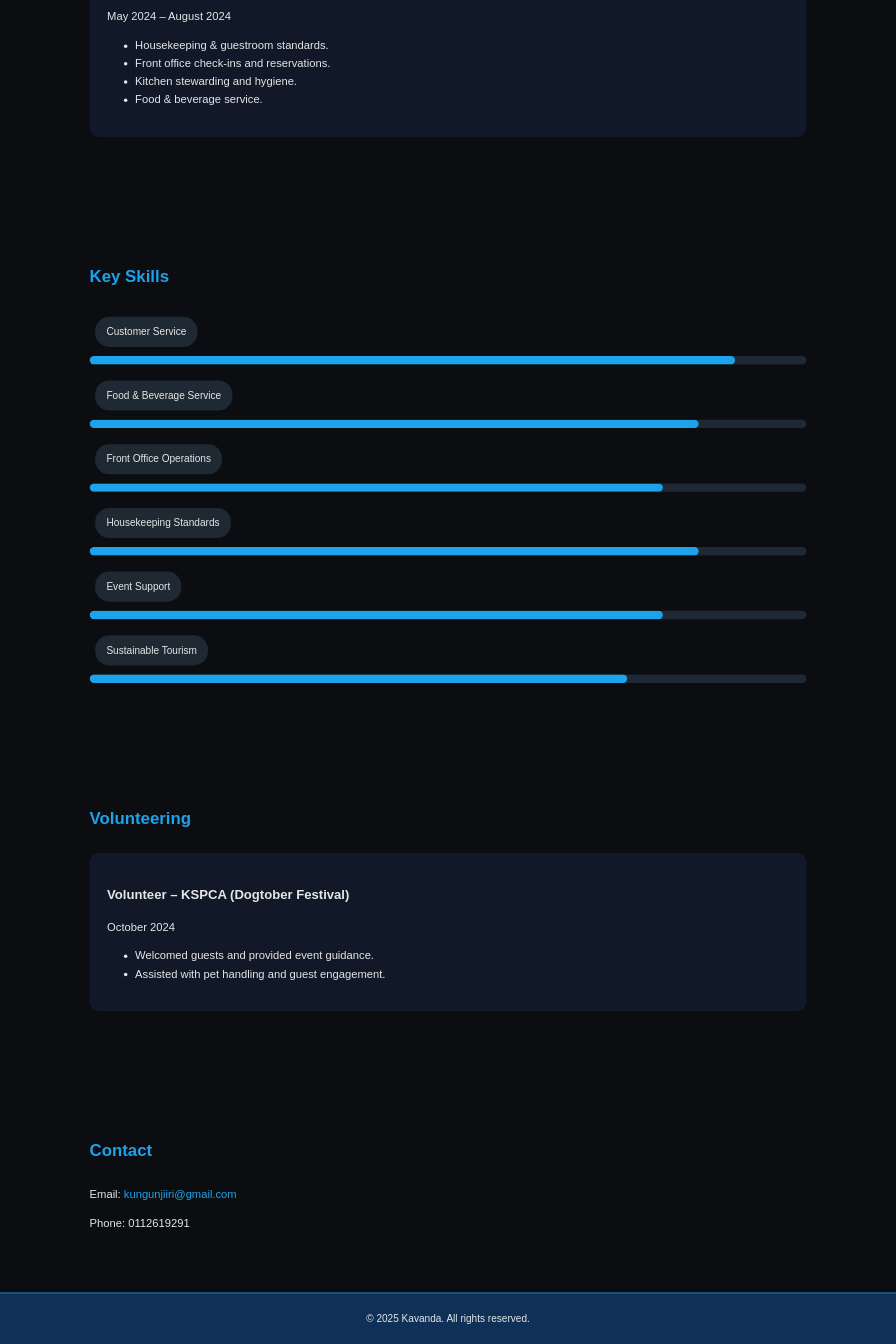
Repository: ladygit-comits/Solomon_Portfolio
Page: index.html
An editor plug-in stored every save of this project. The page is shown before and after the next save, followed by the edit.
The browser window is 1280 px wide. The pictures show the part of the page from y = 2432 to 4352 px (the page is 4352 px tall), at 70% of full size.

Above is the page before, as saved 2025-12-31 14:01:58.

### index.html
<!DOCTYPE html>
<html lang="en">
<head>
  <meta charset="UTF-8">
  <title>Solomon Njiiri Kung’u | Hospitality Management</title>
  <link rel="icon" href="images/solomon-favicon.png" type="image/png">
  <link rel="apple-touch-icon" sizes="180x180" href="images/solomon-favicon.png">
  <link rel="stylesheet" href="style.css">
</head>
<body>
<!-- NAVBAR -->
<header class="navbar">
  <div class="logo">
    <img src="images/solomon-favicon.png" alt="Solomon Logo" class="logo-img">
    Solomon Njiiri Kung’u
  </div>
  <nav>
    <a href="#about">About</a>
    <a href="#education">Education</a>
    <a href="#experience">Experience</a>
    <a href="#skills">Skills</a>
    <a href="#volunteering">Volunteering</a>
    <a href="#contact">Contact</a>
  </nav>
</header>

  <!-- HERO -->
  <section class="hero">
    <h1>Solomon Njiiri Kung’u</h1>
    <p class="subtitle">Ecotourism & Hospitality Management Graduate</p>
    <p class="tagline">
      Delivering exceptional guest experiences with sustainability at heart.
    </p>
    <a href="#contact" class="btn">Contact Me</a>
  </section>

  <!-- ABOUT -->
  <section id="about" class="section">
    <h2>About Me</h2>
    <p>
      I am a results-driven hospitality professional with hands-on experience in
      food & beverage service, front office operations, housekeeping, and event support.
      I am passionate about delivering high-quality guest experiences while promoting
      sustainable tourism practices.
    </p>
  </section>

  <!-- EDUCATION -->
  <section id="education" class="section">
    <h2>Education</h2>
    <div class="card">
      <h3>BSc. Ecotourism & Hospitality Management</h3>
      <p>Egerton University | 2021 – 2025</p>
    </div>
    <div class="card">
      <h3>Kenya Certificate of Secondary Education</h3>
      <p>Njiiri High School | 2017 – 2020</p>
    </div>
  </section>

  <!-- EXPERIENCE -->
  <section id="experience" class="section">
    <h2>Work Experience</h2>

    <div class="card highlight">
      <h3>Waiter – Radisson Blu Hotel</h3>
      <p>August 2025</p>
      <ul>
        <li>Delivered high-quality customer service in a fast-paced luxury hotel.</li>
        <li>Supported international events hosted by the World Bank, IMF, and University of Antwerp.</li>
        <li>Provided professional service to international delegates.</li>
      </ul>
    </div>

    <div class="card">
      <h3>Waiter – Shuhan Hotel, Thika</h3>
      <p>February 2025</p>
      <ul>
        <li>Provided excellent customer service.</li>
        <li>Assisted in housekeeping and hygiene maintenance.</li>
      </ul>
    </div>

    <div class="card">
      <h3>Intern – Hotel Operations</h3>
      <p>May 2024 – August 2024</p>
      <ul>
        <li>Housekeeping & guestroom standards.</li>
        <li>Front office check-ins and reservations.</li>
        <li>Kitchen stewarding and hygiene.</li>
        <li>Food & beverage service.</li>
      </ul>
    </div>
  </section>

  <!-- SKILLS -->
 <section id="skills" class="section">
  <h2>Key Skills</h2>
  <div class="skills">
    <div class="skill">
      <span>Customer Service</span>
      <div class="skill-bar"><div class="skill-fill" style="width: 90%;"></div></div>
    </div>
    <div class="skill">
      <span>Food & Beverage Service</span>
      <div class="skill-bar"><div class="skill-fill" style="width: 85%;"></div></div>
    </div>
    <div class="skill">
      <span>Front Office Operations</span>
      <div class="skill-bar"><div class="skill-fill" style="width: 80%;"></div></div>
    </div>
    <div class="skill">
      <span>Housekeeping Standards</span>
      <div class="skill-bar"><div class="skill-fill" style="width: 85%;"></div></div>
    </div>
    <div class="skill">
      <span>Event Support</span>
      <div class="skill-bar"><div class="skill-fill" style="width: 80%;"></div></div>
    </div>
    <div class="skill">
      <span>Sustainable Tourism</span>
      <div class="skill-bar"><div class="skill-fill" style="width: 75%;"></div></div>
    </div>
  </div>
</section>


  <!-- VOLUNTEERING -->
  <section id="volunteering" class="section">
    <h2>Volunteering</h2>
    <div class="card">
      <h3>Volunteer – KSPCA (Dogtober Festival)</h3>
      <p>October 2024</p>
      <ul>
        <li>Welcomed guests and provided event guidance.</li>
        <li>Assisted with pet handling and guest engagement.</li>
      </ul>
    </div>
  </section>

  <!-- CONTACT -->
  <section class="section contact" id="contact">
    <h2>Contact</h2>
    <p>Email: <a href="mailto:kungunjiiri@gmail.com">kungunjiiri@gmail.com</a></p>
    <p>Phone: 0112619291</p>
  </section>
    <!-- Footer -->
  <footer>
    <p>© 2025 Kavanda. All rights reserved.</p>
  </footer>
<script src="script.js"></script>
<button id="scrollTopBtn" title="Go to top">
  <svg xmlns="http://www.w3.org/2000/svg" viewBox="0 0 24 24" width="24" height="24" fill="none" stroke="#000" stroke-width="2" stroke-linecap="round" stroke-linejoin="round">
    <line x1="12" y1="19" x2="12" y2="5"/>
    <polyline points="5 12 12 5 19 12"/>
  </svg>
</button>


</body>
</html>

### style.css
:root {
  --black: #0B0D10;
  --dark-blue: #0F3057;
  --accent-blue: #1CA3EC;
  --text-light: #E6E6E6;
  --muted-gray: #9AA4AF;
}

body {
  margin: 0;
  font-family: "Poppins", sans-serif;
  background: var(--black);
  color: var(--text-light);
  line-height: 1.6;
}

.hero {
  min-height: 100vh;
  padding: 0 20px 0;
  text-align: center;
  background: linear-gradient(180deg, #0B0D10, #0F3057);
  position: relative;
  color: var(--text-light);
  display: flex;
  flex-direction: column;
  justify-content: center;
  clip-path: polygon(0 0, 100% 0, 100% 85%, 50% 100%, 0 85%);
}



.hero h1 {
  font-size: 3rem;
  margin-bottom: 10px;
}

.subtitle {
  color: var(--accent-blue);
  font-weight: 500;
}

.tagline {
  max-width: 600px;
  margin: 20px auto;
  color: var(--muted-gray);
}

.btn {
  width: 140px;
  display: inline-block;
  margin: 15px auto 0;
  padding: 6px 0;
  background: var(--accent-blue);
  color: #000;
  text-decoration: none;
  border-radius: 20px;
  font-weight: 600;
  font-size: 0.85rem;
  position: relative;
  overflow: hidden;
  transition: all 0.3s ease;
  text-align: center;
}

.btn::after {
  content: '';
  position: absolute;
  top: 0;
  left: -75%;
  width: 50%;
  height: 100%;
  background: linear-gradient(120deg, rgba(255,255,255,0.2), rgba(255,255,255,0.5), rgba(255,255,255,0.2));
  transform: skewX(-25deg);
  transition: all 0.7s;
}

.btn:hover::after {
  left: 125%;
}


.section {
  padding: 70px 10%;
}

.section h2 {
  color: var(--accent-blue);
  margin-bottom: 30px;
}

.card {
  background: #111827;
  padding: 25px;
  border-radius: 14px;
  margin-bottom: 20px;
  transition: transform 0.3s ease, box-shadow 0.3s ease;
}

.card.highlight {
  border: 1px solid var(--accent-blue);
}

.skills span {
  display: inline-block;
  background: #1f2933;
  padding: 10px 16px;
  margin: 8px;
  border-radius: 20px;
  font-size: 0.9rem;
}

.contact a {
  color: var(--accent-blue);
  text-decoration: none;
}

.hero h1, .subtitle, .tagline, .btn {
  transform: translateY(20px);
  opacity: 0;
}

.btn:hover {
  box-shadow: 0 0 20px var(--accent-blue), 0 0 40px var(--accent-blue);
  transform: translateY(-3px);
}

.navbar {
  position: sticky;
  top: 0;
  display: flex;
  justify-content: space-between;
  align-items: center;
  padding: 15px 10%;
  background: rgba(11,13,16,0.95);
  z-index: 1000;
}

.navbar .logo {
  font-weight: 700;
  color: var(--accent-blue);
}

.navbar nav a {
  color: var(--text-light);
  margin-left: 25px;
  text-decoration: none;
  font-weight: 500;
  transition: color 0.3s;
}

.navbar nav a:hover {
  color: var(--accent-blue);
}
#scrollTopBtn {
  position: fixed;
  bottom: 30px;
  right: 30px;
  width: 50px;
  height: 50px;
  border: none;
  border-radius: 50%;
  background-color: var(--accent-blue);
  cursor: pointer;
  display: none;
  align-items: center;
  justify-content: center;
  z-index: 1000;
  box-shadow: 0 4px 12px rgba(28,163,236,0.4);
  transition: transform 0.3s, opacity 0.3s;
  padding: 0;
}

#scrollTopBtn svg {
  width: 24px;
  height: 24px;
  stroke: #000;
}

#scrollTopBtn:hover {
  transform: translateY(-3px);
  opacity: 0.8;
}

.typewriter {
  overflow: hidden;
  border-right: 2px solid var(--accent-blue);
  white-space: nowrap;
  margin: 0 auto;
  letter-spacing: 2px;
  animation: typing 4s steps(60, end), blink 0.7s infinite;
}

@keyframes typing {
  from { width: 0; }
  to { width: 100%; }
}

@keyframes blink {
  50% { border-color: transparent; }
}

.hero::before {
  content: '';
  position: absolute;
  width: 150px;
  height: 150px;
  background: var(--accent-blue);
  border-radius: 50%;
  top: 50px;
  left: 20%;
  opacity: 0.15;
  animation: float 6s ease-in-out infinite alternate;
}

.hero::after {
  content: '';
  position: absolute;
  width: 120px;
  height: 120px;
  background: var(--accent-blue);
  border-radius: 50%;
  top: 200px;
  right: 15%;
  opacity: 0.12;
  animation: float 8s ease-in-out infinite alternate-reverse;
}

@keyframes float {
  0% { transform: translateY(0) translateX(0); }
  50% { transform: translateY(-20px) translateX(15px); }
  100% { transform: translateY(0) translateX(0); }
}
.skills .skill {
  margin-bottom: 15px;
}

.skill-bar {
  background: #1f2933;
  border-radius: 20px;
  overflow: hidden;
  height: 12px;
  margin-top: 5px;
}

.skill-fill {
  background: var(--accent-blue);
  height: 100%;
  width: 0;
  border-radius: 20px;
  transition: width 2s ease-in-out;
}

/* shimmer CTA button */
.btn {
  position: relative;
  overflow: hidden;
}

.btn::after {
  content: '';
  position: absolute;
  top: 0;
  left: -75%;
  width: 50%;
  height: 100%;
  background: linear-gradient(120deg, rgba(255,255,255,0.2), rgba(255,255,255,0.5), rgba(255,255,255,0.2));
  transform: skewX(-25deg);
  transition: all 0.7s;
}

.btn:hover::after {
  left: 125%;
}
.navbar .logo {
  display: flex;
  align-items: center;
  font-weight: 700;
  color: var(--accent-blue);
}

.navbar .logo-img {
  width: 40px;
  height: 40px;
  margin-right: 10px;
}
footer {
  background: var(--dark-blue);
  color: var(--text-light);
  text-align: center;
  padding: 25px 10%;
  font-size: 0.9rem;
  border-top: 1px solid var(--accent-blue);
}

footer p {
  margin: 0;
}

### script.js
document.addEventListener('DOMContentLoaded', function() {
  const heroElements = document.querySelectorAll('.hero h1, .subtitle, .tagline, .btn');
  heroElements.forEach((el, i) => {
    el.style.opacity = 0;
    setTimeout(() => {
      el.style.transition = 'opacity 1s ease-out, transform 1s ease-out';
      el.style.opacity = 1;
      el.style.transform = 'translateY(0)';
    }, i * 300);
  });

  const cards = document.querySelectorAll('.card');
  cards.forEach(card => {
    card.addEventListener('mouseenter', () => {
      card.style.transform = 'translateY(-10px)';
      card.style.boxShadow = '0 15px 30px rgba(28,163,236,0.3)';
    });
    card.addEventListener('mouseleave', () => {
      card.style.transform = 'translateY(0)';
      card.style.boxShadow = 'none';
    });
  });

  const links = document.querySelectorAll('a[href^="#"]');
  links.forEach(link => {
    link.addEventListener('click', function(e) {
      e.preventDefault();
      document.querySelector(this.getAttribute('href')).scrollIntoView({behavior: 'smooth'});
    });
  });

  const scrollBtn = document.getElementById('scrollTopBtn');
  window.onscroll = function() {
    if (document.body.scrollTop > 300 || document.documentElement.scrollTop > 300) {
      scrollBtn.style.display = "block";
    } else {
      scrollBtn.style.display = "none";
    }
  };
  scrollBtn.addEventListener('click', function() {
    window.scrollTo({top: 0, behavior: 'smooth'});
  });

  const tagline = document.querySelector('.tagline');
  const text = tagline.textContent;
  tagline.textContent = '';
  let i = 0;
  function typeWriter() {
    if (i < text.length) {
      tagline.textContent += text.charAt(i);
      i++;
      setTimeout(typeWriter, 50);
    }
  }
  typeWriter();
});
const skillFills = document.querySelectorAll('.skill-fill');

function animateSkills() {
  const triggerBottom = window.innerHeight - 100;
  skillFills.forEach(skill => {
    const skillTop = skill.getBoundingClientRect().top;
    if(skillTop < triggerBottom) {
      skill.style.width = skill.getAttribute('style').replace('width: ', '');
    }
  });
}

window.addEventListener('scroll', animateSkills);
window.addEventListener('load', animateSkills);

After the next save:
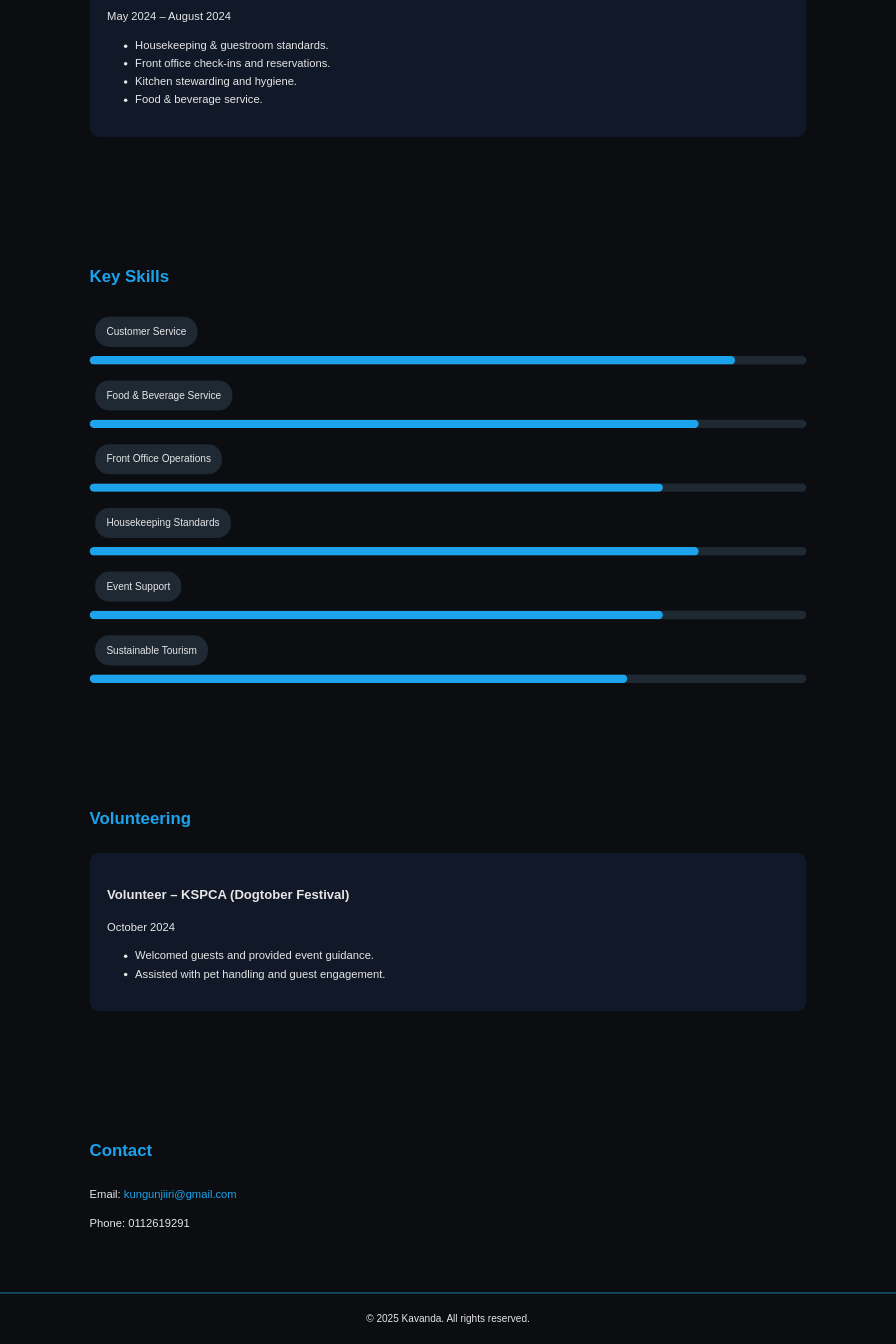
Saved 22 s later.
--- a/style.css
+++ b/style.css
@@ -284,7 +284,6 @@ body {
   margin-right: 10px;
 }
 footer {
-  background: var(--dark-blue);
   color: var(--text-light);
   text-align: center;
   padding: 25px 10%;
